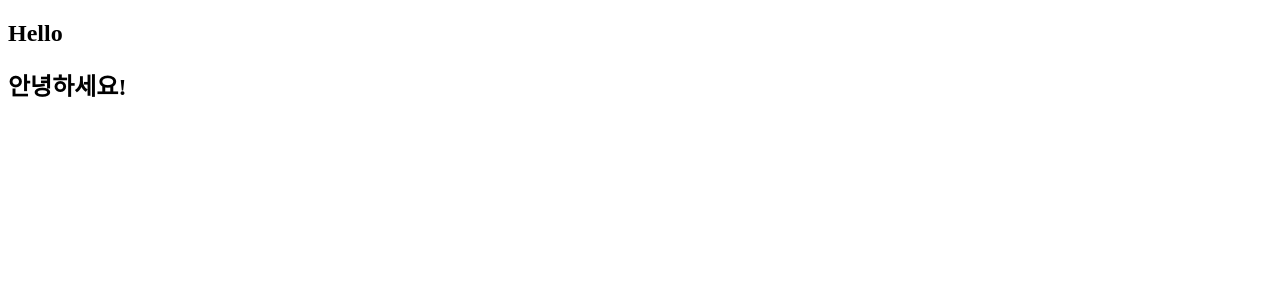
Repository: kimteayoung/spring
Page: http://localhost/spring_20211123_01/
These files come from the project's save history. The page is drawn as it stood at one moment and after the next save; the edit follows.
The browser window is 1280 px wide. The pictures show the whole page.
The page is served by Tomcat 9.

Above is the page before, as saved 2021-11-23 02:08:45.

After the next save:
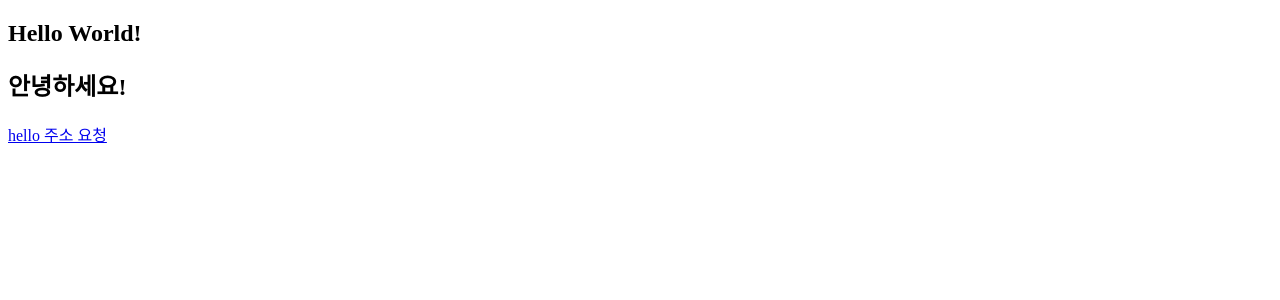
Saved 6 min 56 s later.
--- a/workspace-sts-3.9.18.RELEASE/spring_20211123_01/src/main/webapp/WEB-INF/views/home.jsp
+++ b/workspace-sts-3.9.18.RELEASE/spring_20211123_01/src/main/webapp/WEB-INF/views/home.jsp
@@ -7,7 +7,10 @@
 <title>Insert title here</title>
 </head>
 <body>
-   <h2>Hello</h2>
+   <h2>Hello World!</h2>
    <h2>안녕하세요!</h2>
+
+   <a href="hello">hello 주소 요청</a>
+
 </body>
 </html>
